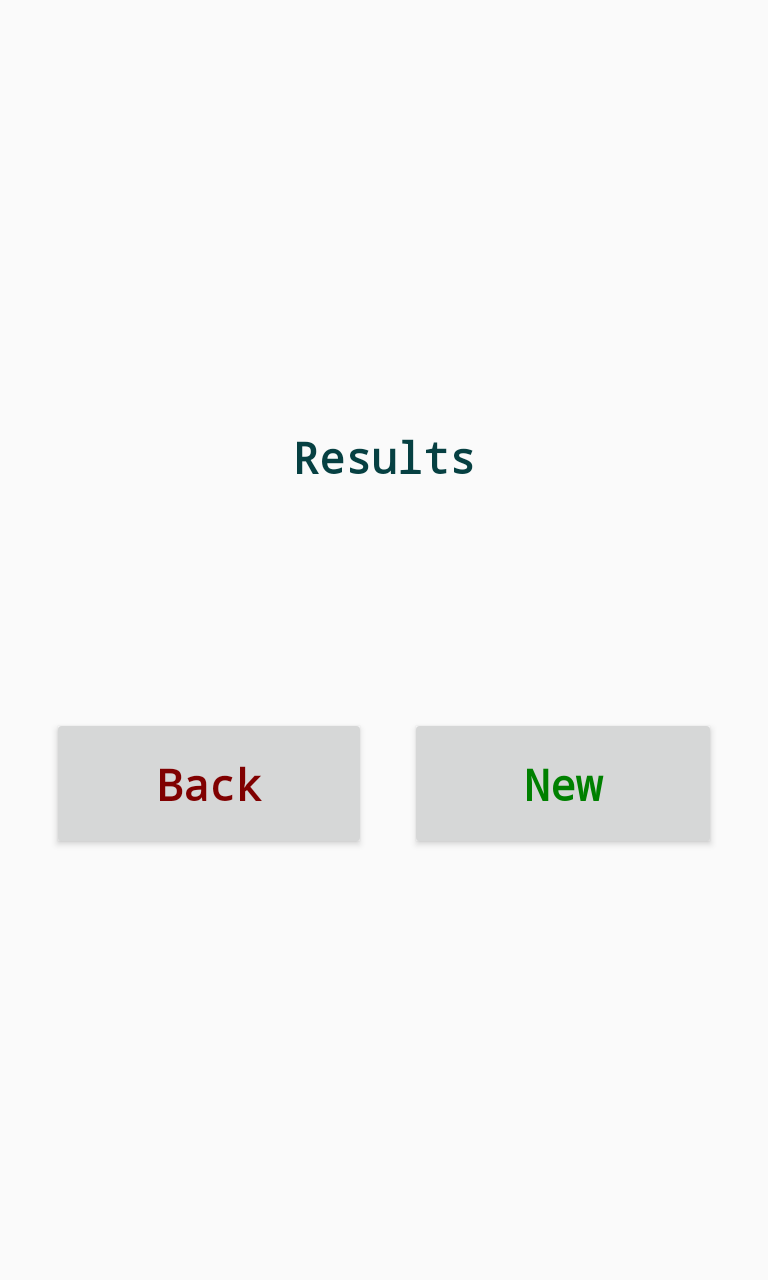
Repository: rontejada1991/Combinations-and-Permutations-Android-App
Layout: combinations/res/layout/activity_result.xml
An editor plug-in stored every save of this project. The layout is shown before and after the next save, followed by the edit.
It is drawn on a 768 x 1280 px phone screen (xhdpi) without system bars, with theme AppTheme; the app's code is not run. The app's manifest (not shown) leaves right-to-left support off. So textAlignment, textDirection and layoutDirection are ignored, and left and right values win over start and end ones.

Above is the layout before, as saved 2014-11-07 22:13:11.

After the next save:
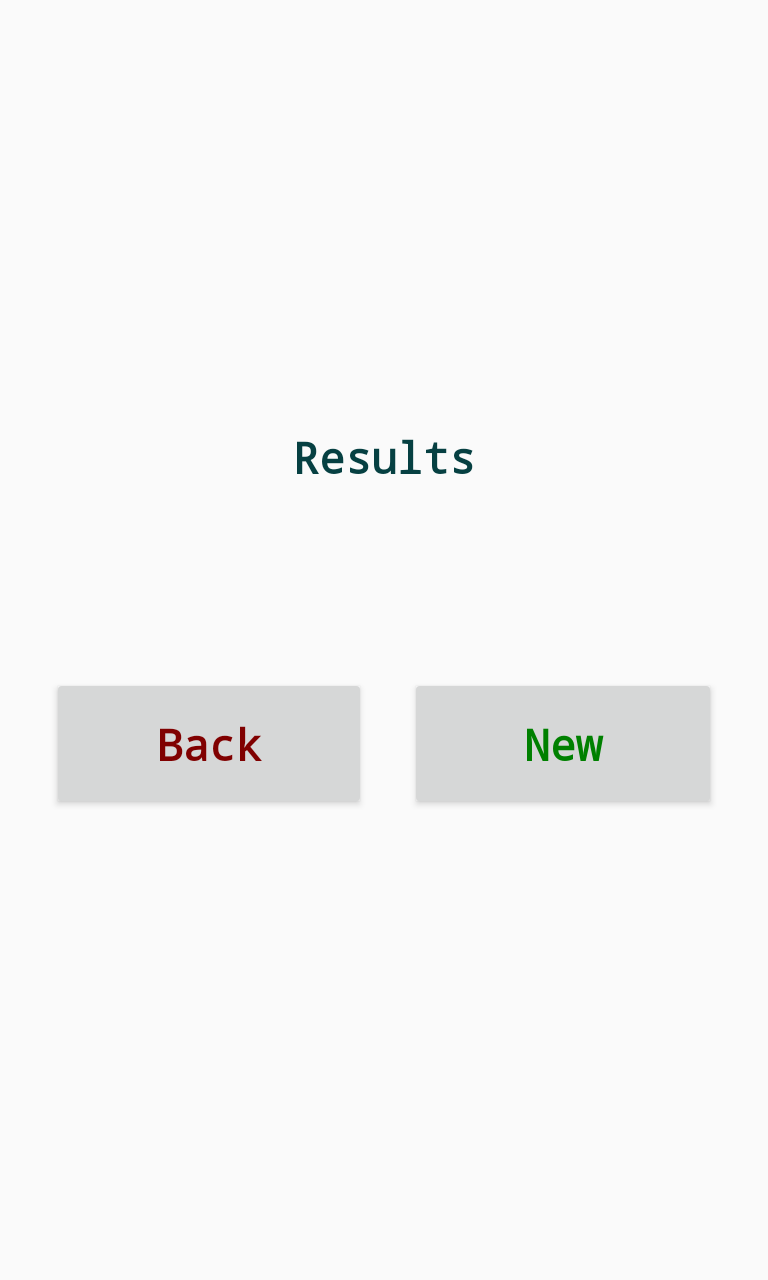
Saved 45 s later.
--- a/combinations/res/layout/activity_result.xml
+++ b/combinations/res/layout/activity_result.xml
@@ -27,50 +27,51 @@
 	    android:textAlignment="center"
 	    android:fillViewport="true" >"
 
+	    <LinearLayout
+	        android:layout_width="fill_parent"
+	        android:layout_height="wrap_content"
+	        android:orientation="vertical"
+	        android:gravity="center" >
+
+	        <TextView
+	            android:id="@+id/tv_result"
+		        style="@style/CodeFont"
+		        android:layout_width="fill_parent" />
+
+		   	<LinearLayout
+			    android:layout_width="fill_parent"
+			    android:layout_height="wrap_content"
+			    android:orientation="horizontal"
+			    android:gravity="center"
+			    android:weightSum="2" >
+
+		    <Button
+		        android:id="@+id/b_back"
+		        style="@style/CodeFont"
+		        android:text="Back"
+		        android:padding="20dp"
+		        android:layout_weight="1"
+		        android:textColor="#800000"
+		        android:layout_marginRight="10dp"
+		        android:onClick="onBackPressed" />
+
+		   	<Button
+		   	    android:id="@+id/b_new_problem"
+		        style="@style/CodeFont"
+		        android:text="New"
+		        android:padding="20dp"
+		        android:layout_weight="1"
+		        android:textColor="#008000"
+		        android:layout_marginLeft="10dp"
+		        android:onClick="onNewPressed" />
+
+			</LinearLayout>
+
+	   	</LinearLayout>
 
 
     </ScrollView>
 
-    <LinearLayout
-        android:layout_width="fill_parent"
-        android:layout_height="wrap_content"
-        android:orientation="vertical"
-        android:gravity="center" >
 
-        <TextView
-            android:id="@+id/tv_result"
-	        style="@style/CodeFont"
-	        android:layout_width="fill_parent" />
-
-	   	<LinearLayout
-		    android:layout_width="fill_parent"
-		    android:layout_height="wrap_content"
-		    android:orientation="horizontal"
-		    android:gravity="center"
-		    android:weightSum="2" >
-
-	    <Button
-	        android:id="@+id/b_back"
-	        style="@style/CodeFont"
-	        android:text="Back"
-	        android:padding="20dp"
-	        android:layout_weight="1"
-	        android:textColor="#800000"
-	        android:layout_marginRight="10dp"
-	        android:onClick="onBackPressed" />
-
-	   	<Button
-	   	    android:id="@+id/b_new_problem"
-	        style="@style/CodeFont"
-	        android:text="New"
-	        android:padding="20dp"
-	        android:layout_weight="1"
-	        android:textColor="#008000"
-	        android:layout_marginLeft="10dp"
-	        android:onClick="onNewPressed" />
-
-		</LinearLayout>
-
-   	</LinearLayout>
 
 </LinearLayout>
